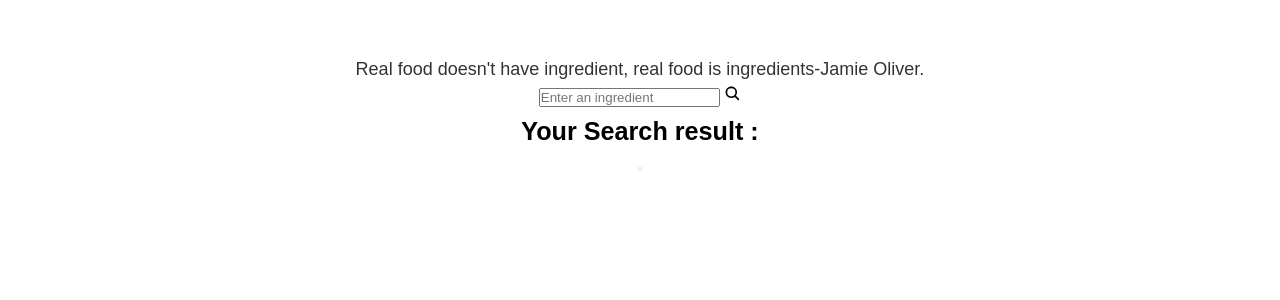
Repository: andrewhuynh561/javascipt
Page: Day 1/index.html
The author's editor kept a copy of each file at every save. The page is drawn from the files as they stood at one save, then again after the next save.
The browser window is 1280 px wide. The pictures show the whole page.

Above is the page before, as saved 2023-05-17 21:49:01.

### Day 1/index.html
<!DOCTYPE html>
<html lang="en">
<head>
    <meta charset="UTF-8">
    <meta http-equiv="X-UA-Compatible" content="IE=edge">
    <meta name="viewport" content="width=device-width, initial-scale=1.0">
    <title>Find Meal For Your Ingredient</title>
    <link rel="stylesheet" href="style.css">
    <link rel="preconnect" href="https://fonts.googleapis.com">
    <link rel="preconnect" href="https://fonts.gstatic.com" crossorigin>
    <script type="module" src="https://unpkg.com/ionicons@7.1.0/dist/ionicons/ionicons.esm.js"></script>
    <script nomodule src="https://unpkg.com/ionicons@7.1.0/dist/ionicons/ionicons.js"></script>
    <link href="https://fonts.googleapis.com/css2?family=Rubik:ital,wght@0,300;0,500;0,600;1,300&display=swap" rel="stylesheet">
</head>
<body>
    <div class="container">
        <div class="meal-wrapper">
            <p>Real food doesn't have ingredient, real food is ingredients-Jamie Oliver.</p>
            <div class="search-bar">
                <input type = "text" class = "search-control" placeholder="Enter an ingredient" id = "search-input">
                <ion-icon name="search"></ion-icon>
            </div>
        </div>
        <div class="meal-result">
            <h2 class="title">Your Search result :</h2>
            <div class="meal" id="meal">
                <!-- meal item -->
          <!-- <div class = "meal-item">
            <div class = "meal-img">
              <img src = "food.jpg" alt = "food">
            </div>
            <div class = "meal-name">
              <h3>Potato Chips</h3>
              <a href = "#" class = "recipe-btn">Get Recipe</a>
            </div>
          </div> -->
          <!-- end of meal item -->
            </div>
            <div class="meal-detail" id="meal-detail">
                <button class="btn ">

                </button>

                <div class="meal-content">
                    <!-- <h2 class = "recipe-title">Meals Name Here</h2>
          <p class = "recipe-category">Category Name</p>
          <div class = "recipe-instruct">
            <h3>Instructions:</h3>
            <p>Lorem ipsum, dolor sit amet consectetur adipisicing elit. Quo blanditiis quis accusantium natus! Porro, reiciendis maiores molestiae distinctio veniam ratione ex provident ipsa, soluta suscipit quam eos velit autem iste!</p>
            <p>Lorem ipsum dolor sit amet consectetur adipisicing elit. Amet aliquam voluptatibus ad obcaecati magnam, esse numquam nisi ut adipisci in?</p>
          </div>
          <div class = "recipe-meal-img">
            <img src = "food.jpg" alt = "">
          </div>
          <div class = "recipe-link">
            <a href = "#" target = "_blank">Watch Video</a>
          </div> -->
                </div>
            </div>
        </div>
    </div>

<script src="app.js"></script>
</body>
</html>

### Day 1/style.css
*{
    margin: 0;
    padding: 0;
    box-sizing: border-box;
}
body {
    font-family: "Poppins", sans-serif;
    padding: 20px;
    font-weight: 300;
    font-size: 1.05rem;
    line-height: 1.6;
  }
:root{
    --tenne-tawny: #d65108;
    --tenne-tawny-dark: #b54507;
}
.container{
    max-width: 1200px;
    margin: 0 auto;
    text-align: center;
    padding-top: 35px;

}
p{
    padding-bottom: 12pxpx;
    font-size: 18px;
    opacity: 0.8;
}
.search-control{
    outline: none;
    max-height: max-content;
}

Loaded but not shown: Day 1/app.js (no copy from this time; the picture is the same without it)

After the next save:
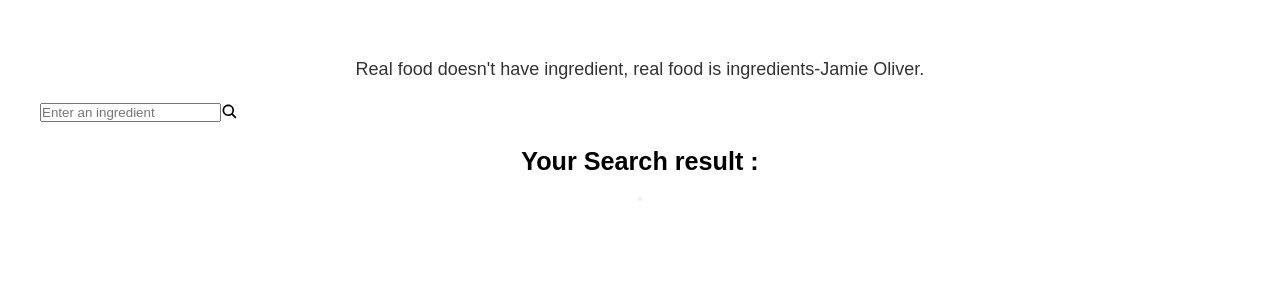
Saved 12 min 38 s later.
--- a/Day 1/style.css
+++ b/Day 1/style.css
@@ -26,6 +26,11 @@ p{
     font-size: 18px;
     opacity: 0.8;
 }
+.search-bar{
+    margin: 1.2rem 0;
+    display: flex;
+    align-items: stretch;
+}
 .search-control{
     outline: none;
     max-height: max-content;
